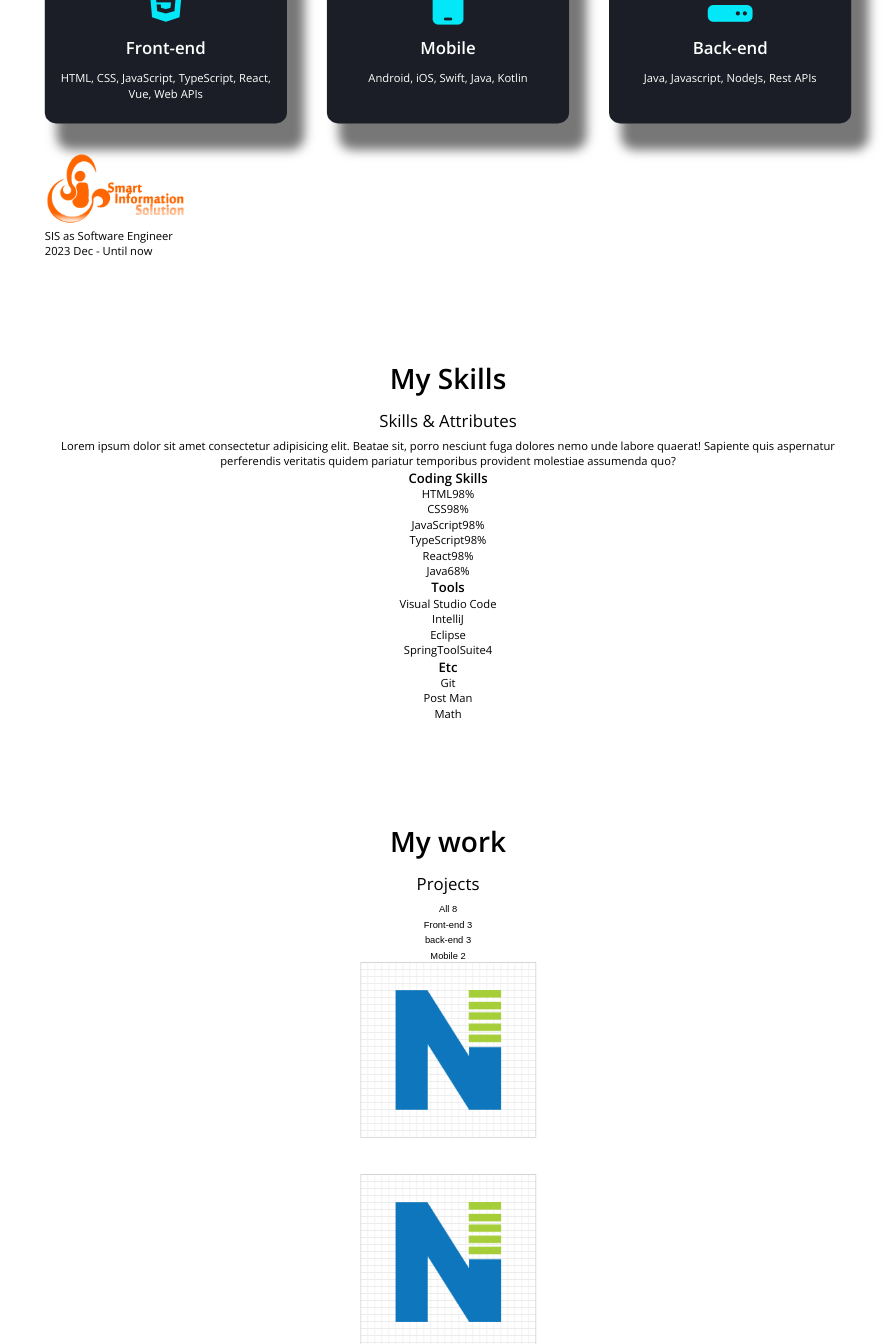
Repository: N1C0N1C0/Portfolio
Page: index.html
An editor plug-in stored every save of this project. The page is shown before and after the next save, followed by the edit.
The browser window is 1280 px wide. The pictures show the part of the page from y = 1106 to 3026 px (the page is 6549 px tall before and 6500 px after), at 70% of full size.
Some web libraries are served in a nearby version.

Above is the page before, as saved 2023-12-16 19:09:17.

### index.html
<!DOCTYPE html>
<html lang="jp">
<head>
    <meta charset="UTF-8">
    <meta name="viewport" content="width=device-width, initial-scale=1.0">
    <!-- SEO -->
    <title>My&#39s Portfolio</title>
    <meta
        name="description"
        content="Portfolio for job change"
    />
    <meta
        name="author" content="KimJeongmin"
    />
    <link rel="shortcut icon" href="images/favicon.ico" type="image/x-icon">
    <!-- OG(OPEN Graph Data) -->
    <meta property="og:title" content="Portfolio"/>
    <meta property="og:type" content="website"/>
    <meta property="og:url" content="URL generated after deployment"/>
    <meta property="og:image" content="Image URL created after deployment"/>
    <!-- Google Fonts -->
    <link rel="preconnect" href="https://fonts.googleapis.com">
    <link rel="preconnect" href="https://fonts.gstatic.com" crossorigin>
    <link href="https://fonts.googleapis.com/css2?family=Noto+Sans+JP:wght@300;400;500&family=Open+Sans:wght@400;600&display=swap" rel="stylesheet">
    <!-- Font Awesome -->
    <script src="https://kit.fontawesome.com/04742e9fab.js" crossorigin="anonymous"></script>
    <!-- CSS -->
    <link rel="stylesheet" href="css/style.css">
    <!-- Javascript -->
    <script src="src/main.js" defer></script>
</head>
<body>
    <!-- Header -->
    <header class="header">
        <div class="header__logo">
            <img class="header__logo__img" src="images/favicon.ico" alt="logo" />
            <h1 class="header__logo__title"><a href="#">キムジョンミン</a></h1>
        </div>
        <nav>
            <ul class="header__menu">
                <li><a class="header__menu__item active" href="#home">Home</a></li>
                <li><a class="header__menu__item" href="#about">About</a></li>
                <li><a class="header__menu__item" href="#skills">Skill</a></li>
                <li><a class="header__menu__item" href="#work">My Work</a></li>
                <li><a class="header__menu__item" href="#testimonials">Testimonials</a></li>
                <li><a class="header__menu__item" href="#contact">Contact</a></li>
            </ul>
        </nav>
    </header>
    <!-- Main -->
    <main>
        <!-- Home -->
        <section id="home">
            <img class="home__avatar" src="images/profile.JPG" alt="profile">
            <h2 class="home__title">Hello<br/> I&#39;m <strong class="home__title--strong">Jeongmin</strong></h2>
            <p class="home__description">A software engineer currently residing in Nagoya, Japan</p>
            <a class="home__contact" href="#contact">Contact Me</a>
        </section>
        <!-- About -->
        <section id="about" class="section">
            <h2 class="title">About me</h2>
            <p class="description">
                Lorem ipsum dolor sit amet, consectetur adipisicing elit. Ab sit eligendi corporis? Modi animi natus iure reprehenderit, repellat voluptates! Quidem adipisci expedita quae, aspernatur aliquid voluptatem. Harum eligendi temporibus laboriosam.
            </p>
            <ul class="majors">
                <li class="major">
                    <i class="fa-brands fa-html5 major__icon"></i>
                    <p class="major__title">Front-end</p>
                    <p>HTML, CSS, JavaScript, TypeScript, React, Vue, Web APIs</p>
                </li>
                <li class="major">
                    <i class="fa-solid fa-mobile major__icon"></i>
                    <p class="major__title">Mobile</p>
                    <p>Android, iOS, Swift, Java, Kotlin</p>
                </li>
                <li class="major">
                    <i class="fa-solid fa-server major__icon"></i>
                    <p class="major__title">Back-end</p>
                    <p>Java, Javascript, NodeJs, Rest APIs</p>
                </li>
            </ul>
            <ul class="jobs">
                <li class="job">
                    <img src="images/sis_image.png" alt="株式 SIS">
                    <div>
                        <p class="job__name">SIS as Software Engineer</p>
                        <p class="job__period">2023 Dec - Until now</p>
                    </div>
                </li>
            </ul>
        </section>
        <!-- Skills -->
        <section id="skills" class="section">
            <h2 class="title">My Skills</h2>
            <p class="description">Skills & Attributes</p>
            <p>
                Lorem ipsum dolor sit amet consectetur adipisicing elit. Beatae sit, porro nesciunt fuga dolores nemo unde labore quaerat! Sapiente quis aspernatur perferendis veritatis quidem     pariatur temporibus provident molestiae assumenda quo?
            </p>
            <div>
                <section>
                    <h3>Coding Skills</h3>
                    <ul>
                        <li>
                            <div><span>HTML</span><span>98%</span></div>
                            <div><div style="width: 98%"></div></div>
                        </li>
                        <li>
                            <div><span>CSS</span><span>98%</span></div>
                            <div><div style="width: 98%"></div></div>
                        </li>
                        <li>
                            <div><span>JavaScript</span><span>98%</span></div>
                            <div><div style="width: 98%"></div></div>
                        </li>
                        <li>
                            <div><span>TypeScript</span><span>98%</span></div>
                            <div><div style="width: 98%"></div></div>
                        </li>
                        <li>
                            <div><span>React</span><span>98%</span></div>
                            <div><div style="width: 98%"></div></div>
                        </li>
                        <li>
                            <div><span>Java</span><span>68%</span></div>
                            <div><div style="width: 68%"></div></div>
                        </li>
                    </ul>
                </section>
                <section>
                    <h3>Tools</h3>
                    <ul>
                        <li>Visual Studio Code</li>
                        <li>IntelliJ</li>
                        <li>Eclipse</li>
                        <li>SpringToolSuite4</li>
                    </ul>
                </section>
                <section>
                    <h3>Etc</h3>
                    <ul>
                        <li>Git</li>
                        <li>Post Man</li>
                        <li>Math</li>
                    </ul>
                </section>
            </div>
        </section>
        <!-- Work -->
        <section id="work" class="section">
            <h2 class="title">My work</h2>
            <p class="description">Projects</p>
            <ul>
                <li><button>All <span>8</span></button></li>
                <li><button>Front-end <span>3</span></button></li>
                <li><button>back-end <span>3</span></button></li>
                <li><button>Mobile <span>2</span></button></li>
            </ul>
            <ul>
                <li><a href="#" target="_blank">
                    <img src="images/ncs_image.gif" alt="profile1">
                    <div>
                        <h3>Project #1</h3>
                        <p>Clone Coding with HTML, CSS</p>
                    </div>
                </a></li>
                <li><a href="#" target="_blank">
                    <img src="images/ncs_image.gif" alt="profile2">
                    <div>
                        <h3>Project #2</h3>
                        <p>Clone Coding with HTML, CSS</p>
                    </div>
                </a></li>
                <li><a href="#" target="_blank">
                    <img src="images/ncs_image.gif" alt="profile3">
                    <div>
                        <h3>Project #3</h3>
                        <p>Clone Coding with HTML, CSS</p>
                    </div>
                </a></li>
                <li><a href="#" target="_blank">
                    <img src="images/ncs_image.gif" alt="profile4">
                    <div>
                        <h3>Project #4</h3>
                        <p>Clone Coding with HTML, CSS</p>
                    </div>
                </a></li>
                <li><a href="#" target="_blank">
                    <img src="images/ncs_image.gif" alt="profile5">
                    <div>
                        <h3>Project #5</h3>
                        <p>Clone Coding with HTML, CSS</p>
                    </div>
                </a></li>
                <li><a href="#" target="_blank">
                    <img src="images/ncs_image.gif" alt="profile6">
                    <div>
                        <h3>Project #6</h3>
                        <p>Clone Coding with HTML, CSS</p>
                    </div>
                </a></li>
                <li><a href="#" target="_blank">
                    <img src="images/ncs_image.gif" alt="profile7">
                    <div>
                        <h3>Project #7</h3>
                        <p>Clone Coding with HTML, CSS</p>
                    </div>
                </a></li>
                <li><a href="#" target="_blank">
                    <img src="images/ncs_image.gif" alt="profile8">
                    <div>
                        <h3>Project #8</h3>
                        <p>Clone Coding with HTML, CSS</p>
                    </div>
                </a></li>
            </ul>
        </section>
        <!-- Testimonials -->
        <section id="testimonials" class="section">
            <h2 class="title">Testimonial</h2>
            <p class="description">See what they say about me</p>
            <ul>
                <li>
                    <img src="images/favicon.ico" alt="">
                    <div>
                        <p>Lorem ipsum dolor sit amet, consectetur adipisicing elit. Nesciunt modi iusto veniam commodi reiciendis ullam optio, delectus cum pariatur ea magnam accusamus dolor sequi praesentium aliquid laudantium non quae eligendi.</p>
                        <p><a href="#">James Kim</a> / Google</p>
                    </div>
                </li>
                <li>
                    <img src="images/favicon.ico" alt="">
                    <div>
                        <p>Lorem ipsum dolor sit amet, consectetur adipisicing elit. Nesciunt modi iusto veniam commodi reiciendis ullam optio, delectus cum pariatur ea magnam accusamus dolor sequi praesentium aliquid laudantium non quae eligendi.</p>
                        <p><a href="#">James Kim</a> / Google</p>
                    </div>
                </li>
                <li>
                    <img src="images/favicon.ico" alt="">
                    <div>
                        <p>Lorem ipsum dolor sit amet, consectetur adipisicing elit. Nesciunt modi iusto veniam commodi reiciendis ullam optio, delectus cum pariatur ea magnam accusamus dolor sequi praesentium aliquid laudantium non quae eligendi.</p>
                        <p><a href="#">James Kim</a> / Google</p>
                    </div>
                </li>
            </ul>
        </section>
        <!-- Arrow up -->
        <aside>
            <a href="#home" title="back to top">
                <i class="fa-solid fa-arrow-up"></i>
            </a>
        </aside>
    </main>
    <!-- Footer -->
    <footer id="contact" class="section">
        <h2 class="title">Let&#39;s talk</h2>
        <p class="description">dothd8775@gmail.com</p>
        <ul>
            <li>
                <a href="https//github.com/" target="_blank" title="my github link">
                    <i class="fa-brands fa-github"></i>
                </a>
            </li>
            <li>
                <a href="https//github.com/" target="_blank" title="my kinkedin link">
                    <i class="fa-brands fa-linkedin"></i>
                </a>
            </li>
        </ul>
        <p>©️kimujeongmin</p>
    </footer>
</body>
</html>

### css/style.css
/* Global */
:root {
    /* App Colors */
    --color-primary: var(--color-black);
    --color-primary-variant: var(--color-gray);
    --color-accent: var(--color-blue);
    --color-accent-variant: var(--color-orange);
    --color-text: var(--color-white);

    /* Colors */
    --color-white : #ffffff;
    --color-black : #050a13;
    --color-blue : #03e8f9;
    --color-orange : #fd6413;
    --color-gray : #1b1e26;
}

* {
    box-sizing: border-box;
}

body {
    font-family: 'Open Sans', sans-serif;
    margin: 0;
}

h1, h2, h3, p, ul {
    margin: 0;
}

ul {
    list-style: none;
    padding: 0;
}

a {
    text-decoration: none;
    color: var(--color-text);
}

button {
    background-color: transparent;
    outline: 0;
    border: 0;
}

button:focus {
    outline: 1px solid var(--color-accent);
}

/* Common */
.section {
    padding: 4rem;
    text-align: center;
}

.title {
    font-size: 2.5rem;
    margin: 1rem 0;
}

.description {
    font-size: 1.5rem;
    margin: 0.5rem 0;
}

/* Header */
.header {
    background-color: var(--color-black);
    position: fixed;
    top: 0;
    width: 100%;
    padding: 1rem;
    display: flex;
    justify-content: space-between;
    align-items: center;
}

.header__logo {
    display: flex;
    align-items: center;
    gap: 8px;
}

.header__logo__img {
    width: 36px;
    height: 36px;
    border-radius: 100%;
}

.header__logo__title {
    font-size: 1.8rem;
}

.header__menu {
    display: flex;
    gap: 4px;
}

.header__menu__item {
    padding: 8px 16px;
}

.header__menu__item:hover {
    border-bottom: 1px solid var(--color-accent);
}

.header__menu__item.active {
    border: 1px solid var(--color-accent);
    border-radius: 4px;
}

/* Home */
#home {
    background-color: var(--color-primary);
    color: var(--color-text);
    padding: 5rem 1rem;
    padding: 7rem;
    text-align: center;
}

.home__avatar {
    width: 250px;
    height: 250px;
    object-fit: cover;
    border-radius: 100%;
    border: 3px solid var(--color-accent);
}

.home__title {
    font-size: 3rem;
    margin-bottom: ;
}

.home__title--strong {
    color: var(--color-accent);
}

.home__description {
    font-size: 1.3rem;
}

.home__contact {
    display: inline-block;
    background-color: var(--color-accent);
    color: var(--color-black);
    margin: 2rem;
    padding: 0.5rem 1rem;
    font-weight: bold;
    border-radius: 4px;
}

.home__contact:hover {
    background-color: transparent;
    color: var(--color-text);
    outline: 2px solid var(--color-accent);
}

/* About */
.majors {
    display: flex;
    justify-content: space-between;
    gap: 1rem;
    margin: 2.5rem 0;
}

.major {
    background-color: var(--color-primary-variant);
    width: 30%;
    padding: 2rem 1rem;
    color: var(--color-text);
    border-radius: 1rem;
    cursor: default;
    box-shadow: 21px 34px 15px 4px #777777;
}

.major__icon {
    font-size: 4rem;
    margin: 1rem 0;
    color: var(--color-accent);
    transition: all 300ms ease;
}

.major__title {
    font-size: 1.5rem;
    font-weight: bold;
    margin-bottom: 1rem;
}

.major:hover .major__icon{
    transform: rotate(-15deg) scale(1.2);
}

.jobs {
    text-align: start;
}

Loaded but not shown: src/main.js (no copy from this time; the picture is the same without it)

After the next save:
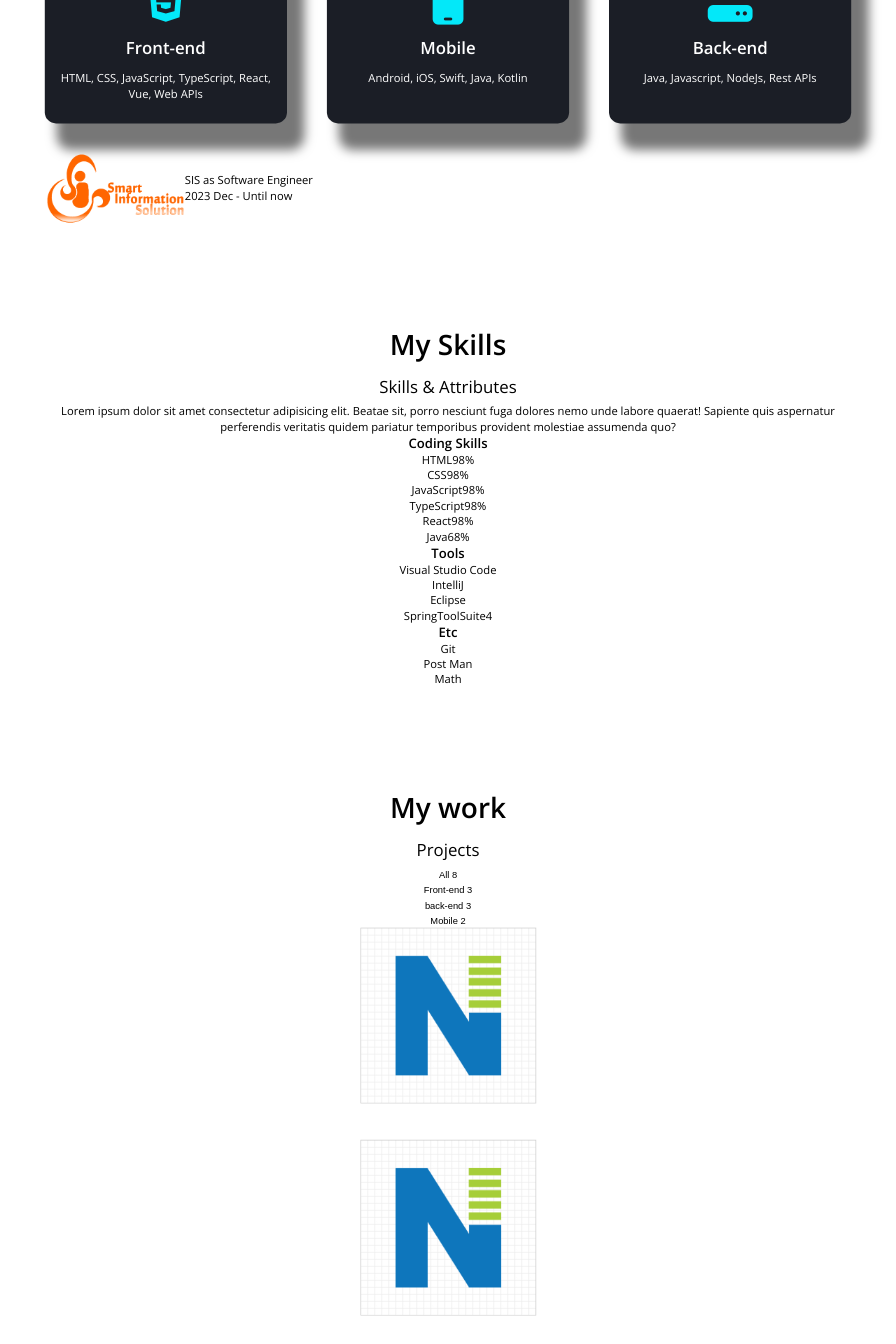
Saved 17 s later.
--- a/css/style.css
+++ b/css/style.css
@@ -194,3 +194,8 @@ button:focus {
 .jobs {
     text-align: start;
 }
+
+.job {
+    display: flex;
+    align-items: center;
+}
